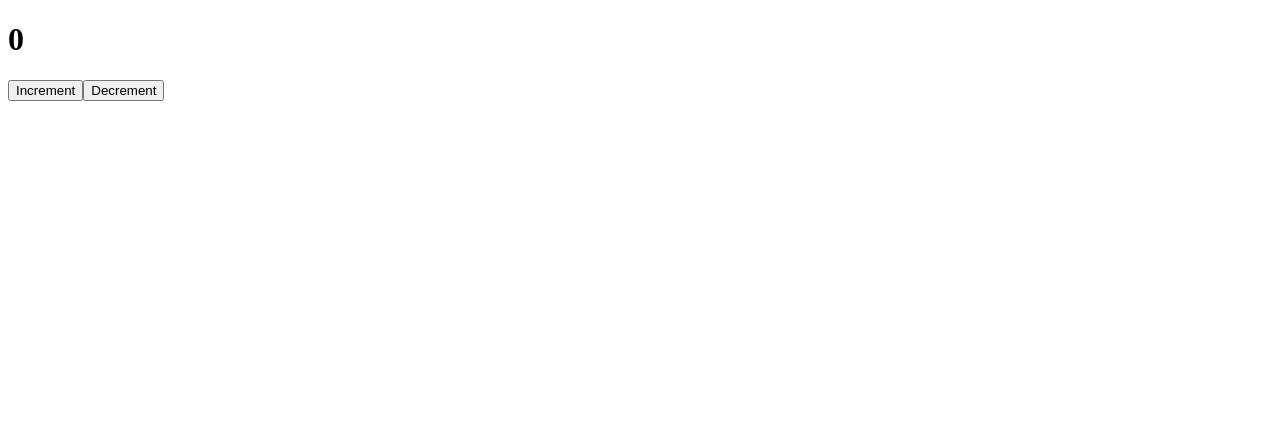
Repository: otvertka/ulb
Page: /
These files come from the project's save history. The page is drawn as it stood at one moment and after the next save; the edit follows.
The browser window is 1280 px wide. The pictures show the whole page.
The project was rebuilt for these pictures with package versions that can differ from the ones it lists, and the page was loaded fresh each time.

Above is the page before, as saved 2023-06-10 10:36:46.

After the next save:
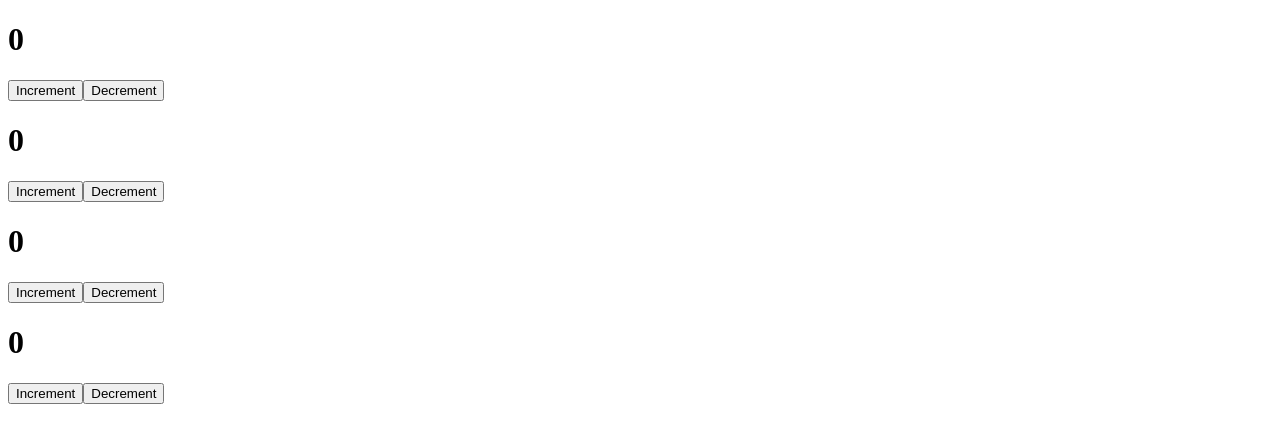
Saved 2 min 3 s later.
--- a/src/App.js
+++ b/src/App.js
@@ -5,8 +5,12 @@ function App() {
   const [likes, setLikes] = useState(0); // счётчики лайков
   const [value, setValue] = useState("ТЕКСТ В ИНПУТЕ"); // управляемый инпут
 
+  // импортируем компонент Counter
   return (
     <div className="App">
+      <Counter />
+      <Counter />
+      <Counter />
       <Counter />
     </div>
   );
